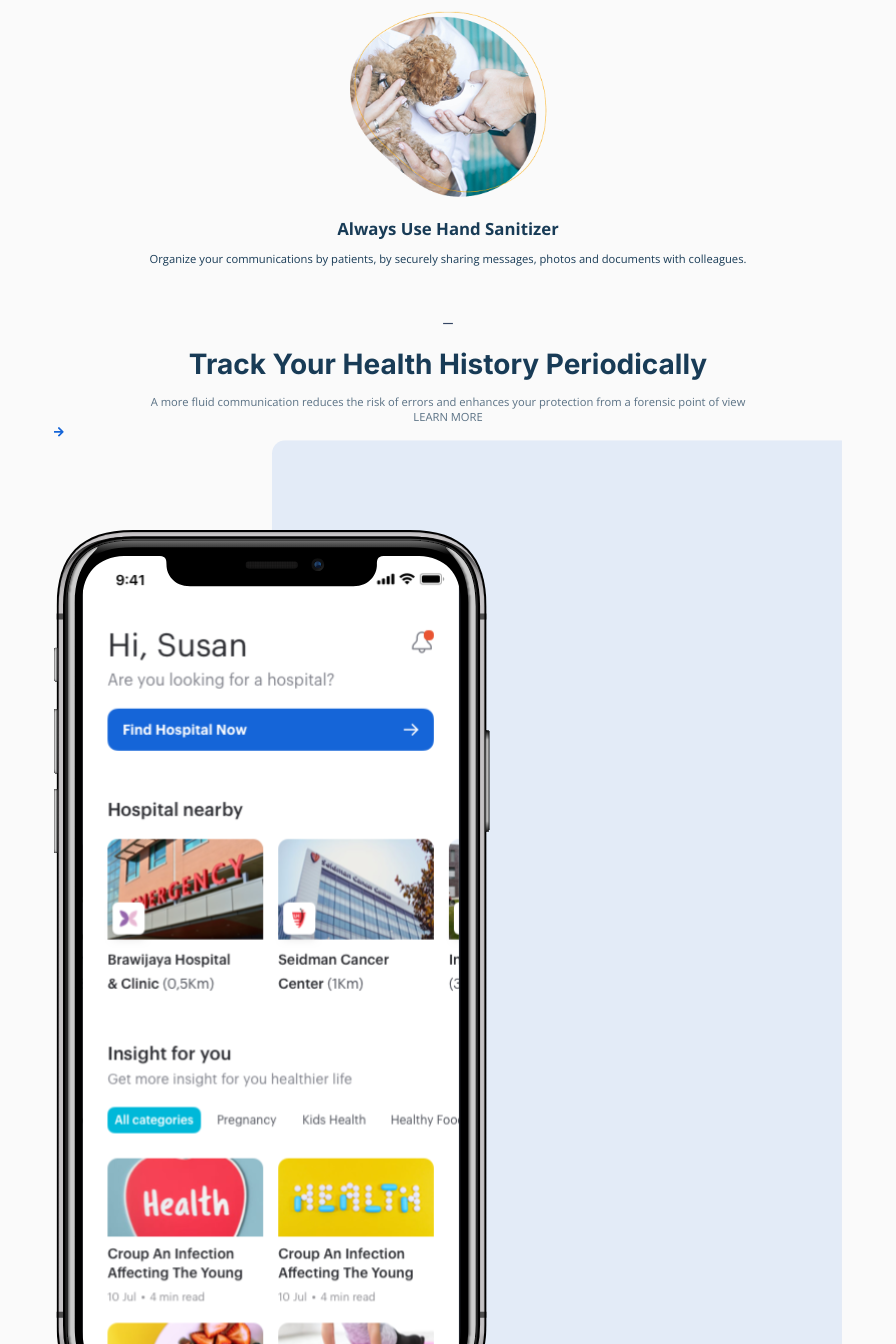
Repository: Esttevo/prova-html-css
Page: index.html
An editor plug-in stored every save of this project. The page is shown before and after a run of saves, followed by the edit.
The browser window is 1280 px wide. The pictures show the part of the page from y = 4580 to 6500 px (the page is 8460 px tall before and 8438 px after), at 70% of full size.
A picture or video elsewhere on the page could not be fetched, so the positions and the page height are approximate.

Above is the page before, as saved 2026-09-01 15:08:51.

After the next 3 saves:
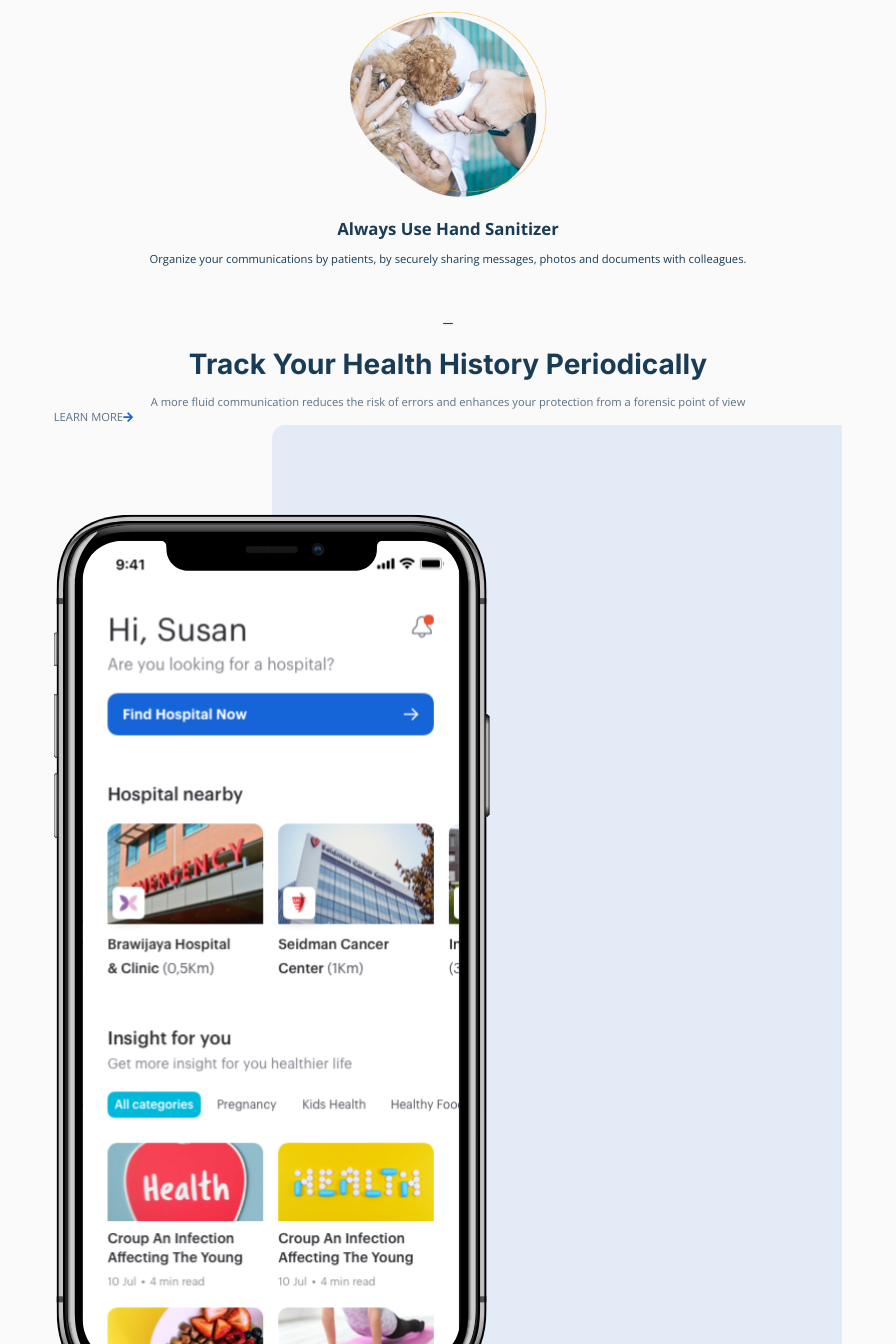
The 3 saves are shown as one change because they came seconds apart.
The last was saved 29 s later.
--- a/style.css
+++ b/style.css
@@ -304,3 +304,8 @@ header {
     text-align: center;
 
 }
+
+#learn-more {
+    display: flex;
+
+}
